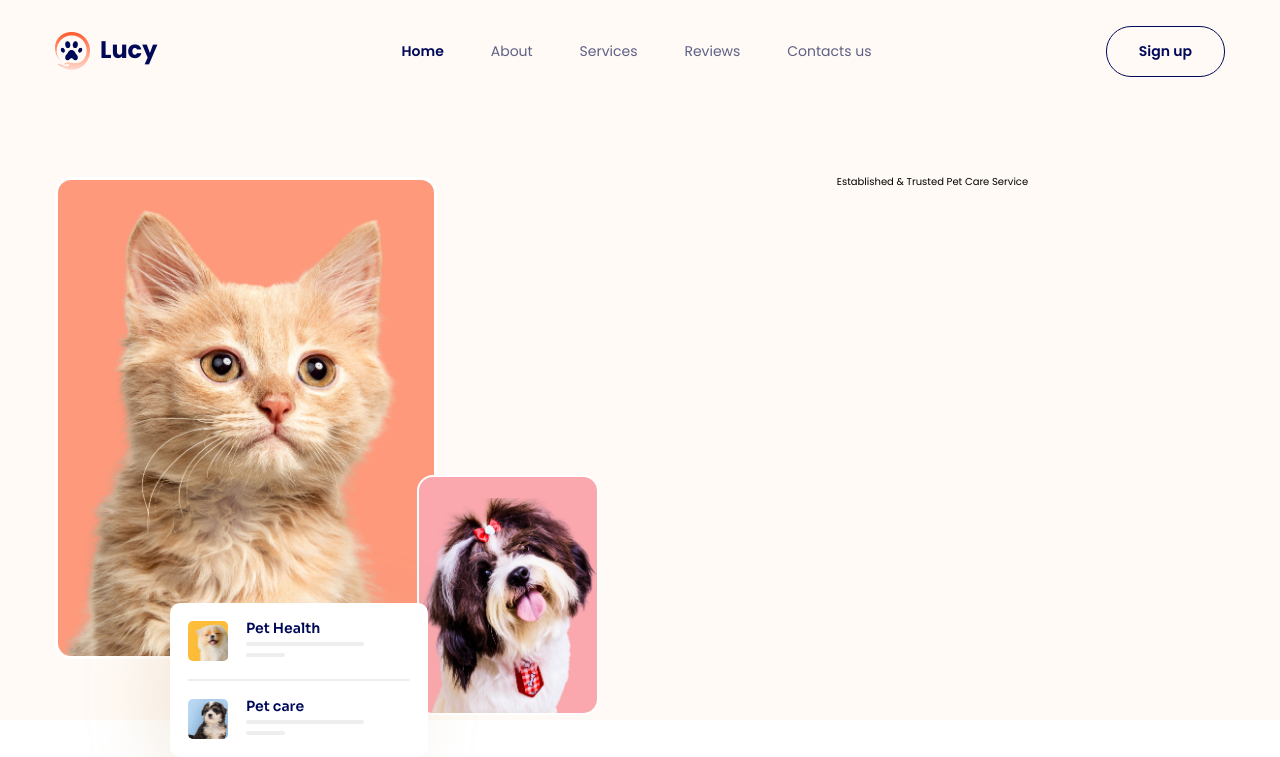
Repository: Cuongquaidan/F8projeact-04
Page: index.html
An editor plug-in stored every save of this project. The page is shown before and after the next save, followed by the edit.
The browser window is 1280 px wide. The pictures show the whole page.

Above is the page before, as saved 2023-04-15 09:42:54.

### index.html
<!DOCTYPE html>
<html lang="en">
    <head>
        <meta charset="UTF-8" />
        <meta http-equiv="X-UA-Compatible" content="IE=edge" />
        <meta name="viewport" content="width=device-width, initial-scale=1.0" />
        <title>F8project-4</title>
        <!-- reset css -->
        <link rel="stylesheet" href="./asset/css/reset.css" />
        <!-- font -->
        <link rel="preconnect" href="https://fonts.googleapis.com" />
        <link rel="preconnect" href="https://fonts.gstatic.com" crossorigin />
        <link
            href="https://fonts.googleapis.com/css2?family=Poppins:ital,wght@0,200;0,300;0,400;0,500;0,600;0,700;0,800;0,900;1,100;1,200;1,300;1,400;1,500;1,600;1,700;1,800;1,900&family=Sora:wght@100;200;300;400;500;600;700;800&display=swap"
            rel="stylesheet"
        />
        <!-- icon -->
        <link
            href="https://unpkg.com/boxicons@2.1.4/css/boxicons.min.css"
            rel="stylesheet"
        />

        <!-- styles -->
        <link rel="stylesheet" href="./asset/css/styles.css" />
        <link rel="stylesheet" href="./asset/css/responsive.css" />
    </head>
    <body>
        <div class="header">
            <div class="container">
                <a href="#" class="brand__link">
                    <div class="header__brand">
                        <img
                            src="./asset/img/logo.png"
                            alt="Lucy"
                            class="brand__img"
                        />
                        <span class="brand__name">Lucy</span>
                    </div>
                </a>
                <ul class="header__nav">
                    <li class="header__nav-item">
                        <a
                            href="#header"
                            class="nav-item__link nav-item--active"
                            >Home</a
                        >
                    </li>
                    <li class="header__nav-item">
                        <a href="#about" class="nav-item__link">About</a>
                    </li>
                    <li class="header__nav-item">
                        <a href="#services" class="nav-item__link">Services</a>
                    </li>
                    <li class="header__nav-item">
                        <a href="#reviews" class="nav-item__link">Reviews</a>
                    </li>
                    <li class="header__nav-item">
                        <a href="#contacts" class="nav-item__link"
                            >Contacts us</a
                        >
                    </li>
                </ul>
                <div class="header__action">
                    <button class="header__action-btn">Sign up</button>
                </div>
            </div>
            <div class="hero">
                <div class="container hero__container">
                    <div class="hero__cards">
                        <div class="cards__media">
                            <div class="cards__main-card">
                                <img src="./asset/img/pattern-1.svg" alt="pattern" class="main-card__decor">
                                <img
                                    src="./asset/img/conmeovang.png"
                                    alt="Meomeo"
                                    class="main-cards__img"
                                />
                                <img src="./asset/img/pattern-2.svg" alt="pattern" class="main-card__decor">
                            </div>
                            <div class="cards__sub-card">
                                <img
                                    src="./asset/img/conchohong.png"
                                    alt="Pets"
                                    class="sub-cards__img"
                                />
                            </div>
                        </div>
                        <div class="cards__info-card">
                            <div class="info-card__pet">
                                <div class="pet__bg-img"><img src="./asset/img/conchovang.png" alt="pets" class="pet__img"></img></div>
                                   <div class="info__inner-card">
                                    <p class="pet__title">Pet Health</p>
                                    <div class="pet__skeleton-long"></div>
                                    <div class="pet__skeleton-short"></div>
                                   </div>

                            </div>
                            <div class="seperate"></div>
                            <div class="info-card__pet">
                                <div class="pet__bg-img"> <img src="./asset/img/conchoxanh.png" alt="pets" class="pet__img"></img></div>
                                <div class="info__inner-card">
                                    <p class="pet__title">Pet care</p>
                                <div class="pet__skeleton-long"></div>
                                <div class="pet__skeleton-short"></div>
                                </div>
                            </div>
                        </div>
                    </div>
                    <section class="hero__contents">
                        <p class="hero__contents-title title">Established &
                            Trusted Pet
                            Care Service</p>
                    </section>
                </div>
            </div>
        </div>
        <script src="./app.js"></script>
    </body>
</html>

### asset/css/styles.css
* {
    box-sizing: border-box;
}
html {
    font-size: 62.5%;
}

:root {
    --primary-background-color: #fffaf5;
    --primary-font-tittle: "Sora", sans-serif;
    --primary-color: #000958;
}
body {
    font-size: 1.6rem;
    font-family: "Poppins", sans-serif;
}
/* comman */
input,
textarea,
select,
button {
    font-size: inherit;
    font-family: inherit;
}
a {
    text-decoration: none;
    color: #5e6085;
}
.container {
    width: 1170px;
    margin-left: auto;
    margin-right: auto;
    display: flex;
    text-align: center;
}
/* header */
.header {
    background-color: var(--primary-background-color);
    padding-top: 26px;
    height: 100vh;
    font-size: 1rem;
}

.header .container {
    justify-content: space-between;
}
.header__brand {
    display: flex;
    text-align: center;
    padding: 6px 0px;
}
.brand__img {
    width: 35px;
    height: auto;
    object-fit: cover;
}
.brand__name {
    color: var(--primary-color);
    font-size: 2.4em;
    font-weight: 700;
    padding: 6px 10px;
}
.header__nav {
    display: flex;
    width: 490px;
    justify-content: space-between;
    text-align: center;
}
.header__nav-item {
    padding: 18px 10px;
    font-size: 1.4em;
    color: #5e6085;
}
.nav-item--active {
    font-weight: 600;
    color: var(--primary-color);
}
.header__action-btn {
    font-size: 1.4em;
    font-weight: 600;
    padding: 14px 32px;
    border: 1px solid var(--primary-color);
    color: var(--primary-color);
    background-color: var(--primary-background-color);
    border-radius: 25px;
}
/* hero */
.hero {
    margin-top: 100px;
    font-size: 1rem;
}
.hero__container {
    display: grid;
    grid-template-columns: repeat(2, 1fr);
}
.hero__cards {
    position: relative;
}
.cards__media {
    display: flex;
    align-items: end;
}

.cards__main-card {
    position: relative;
    width: 382px;
    height: 482px;
    background-color: #fe997b;
    border: 3px solid white;
    border-radius: 16px;
}
.main-cards__img {
    position: absolute;
    bottom: 0;
    left: 0;
    max-width: 100%;
    border-radius: 16px;
}
.main-card__decor {
    position: absolute;
    z-index: -1;
    top: 17px;
    right: -35px;
}
.main-card__decor:nth-child(3) {
    position: absolute;
    top: auto;
    right: auto;
    bottom: 10px;
    left: -58px;
}

.cards__sub-card {
    position: relative;
    margin-left: -20px;
    transform: translateY(56px);
    width: 182px;
    height: 240px;
    background-color: #faa7ad;
    border: 2px solid white;
    border-radius: 16px;
}
.sub-cards__img {
    position: absolute;
    bottom: 0;
    left: 0;
    max-width: 100%;
    border-radius: 16px;
}
.cards__info-card {
    position: absolute;
    top: 426px;
    right: 212px;
    background-color: white;
    box-shadow: -17px 14px 68px -4px rgba(207, 174, 132, 0.25);
    border-radius: 10px;
}

.info-card__pet {
    display: flex;
}
.seperate {
    width: 222px;
    margin-left: 18px;
    margin-right: 18px;
    background-color: #eee;
    height: 2px;
    border-radius: 1px;
}
.pet__bg-img {
    background-color: #fdbf3d;
    margin: 18px;
    width: 40px;
    height: 40px;
    border-radius: 5px;
}
.info-card__pet:nth-child(3) .pet__bg-img {
    background-color: #bcdaf5;
}
.pet__img {
    width: 100%;
    border-radius: 5px;
}
.info__inner-card {
    margin-top: 18px;
    display: flex;
    flex-direction: column;
    align-items: start;
}
.pet__title {
    color: var(--primary-color);
    font-family: "Sora", sans-serif;
    font-size: 1.4em;
    font-weight: 600;
}
.pet__skeleton-long {
    margin-top: 7px;
    margin-bottom: 7px;
    background-color: #eee;
    border-radius: 3px;
    width: 118px;
    height: 4px;
}
.pet__skeleton-short {
    background-color: #eee;
    border-radius: 3px;
    width: 39px;
    height: 4px;
}

Loaded but not shown: asset/css/reset.css (common file); app.js (no copy from this time; the picture is the same without it); asset/css/responsive.css (no stored copy; drawn as an empty file)

After the next save:
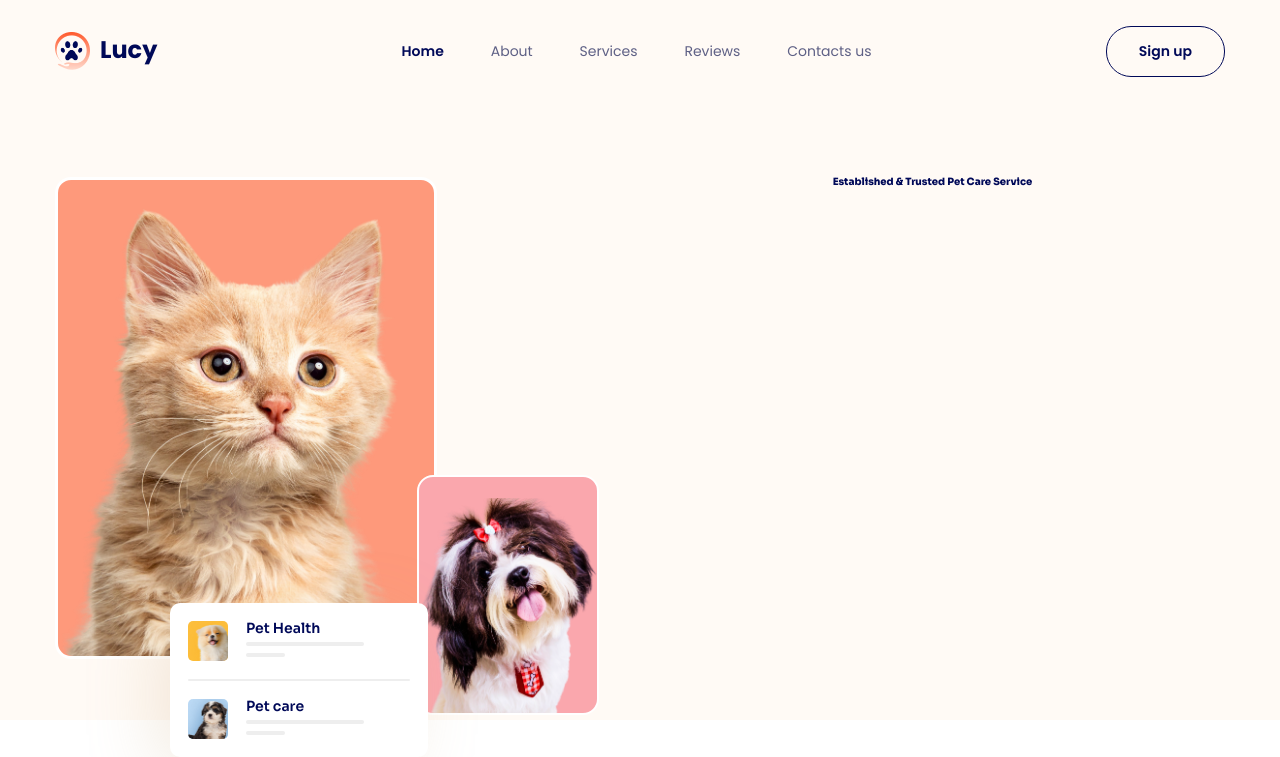
Saved 66 s later.
--- a/asset/css/styles.css
+++ b/asset/css/styles.css
@@ -32,6 +32,11 @@ a {
     margin-right: auto;
     display: flex;
     text-align: center;
+}
+.title {
+    color: var(--primary-color);
+    font-family: "Sora", sans-serif;
+    font-weight: 800;
 }
 /* header */
 .header {
